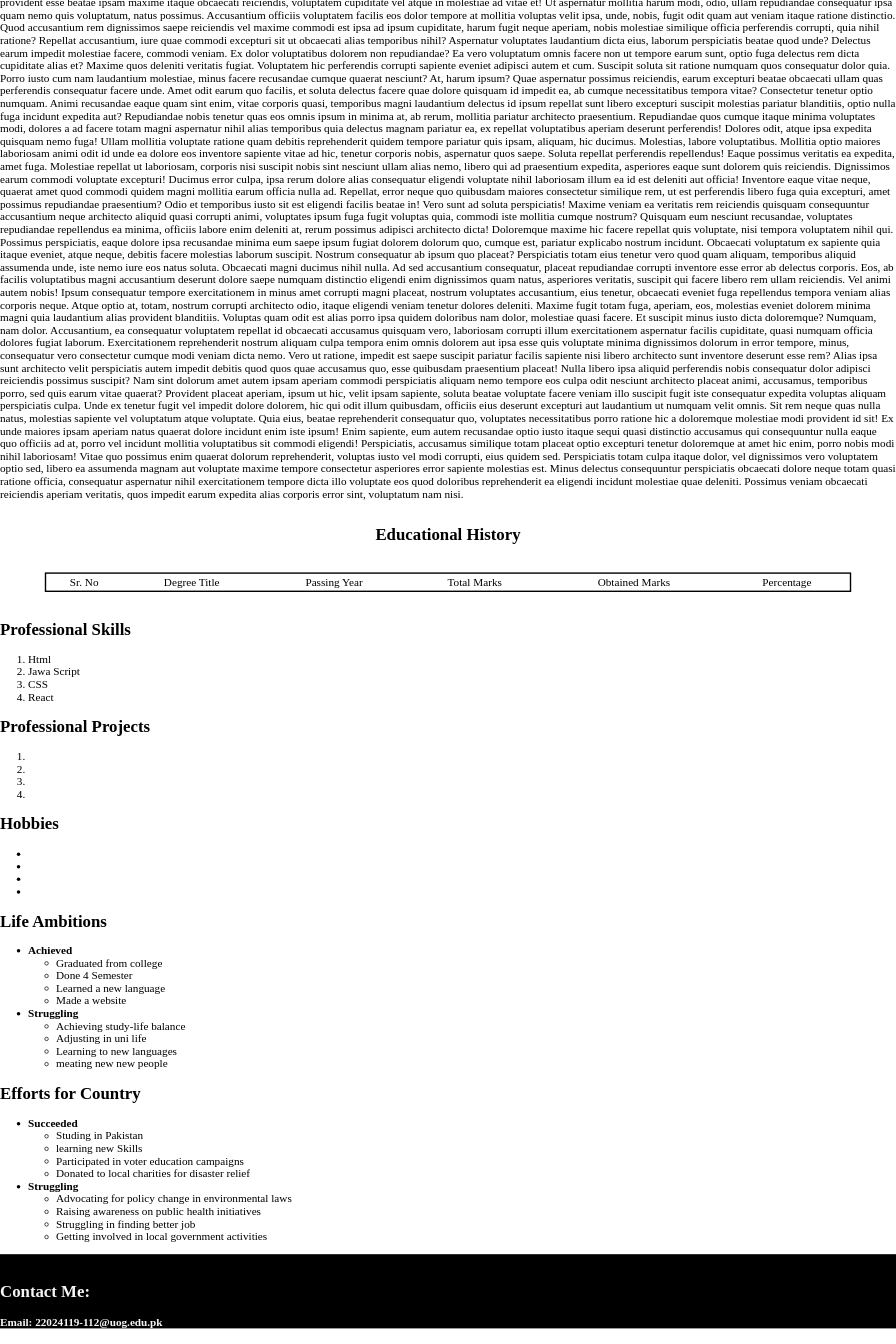
Repository: Fizza-112/project
Page: /
The author's editor kept a copy of each file at every save. The page is drawn from the files as they stood at one save, then again after the next save.
The browser window is 1280 px wide. The pictures show the part of the page from y = 3024 to 4944 px (the page is 4944 px tall before and 4908 px after), at 70% of full size.
The project was rebuilt for these pictures with package versions that can differ from the ones it lists, and the page was loaded fresh each time. Also part of the build but not shown: vite.config.ts.

Above is the page before, as saved 2024-09-16 09:27:28.

### src/App.css
body{
  margin: 0px;
  padding: 0px;
}
header{
  display: flex;
  align-items: center;
  justify-content: center;
  width: 100%;
  color:aliceblue;
  background-color:black
}
#name{
  background: linear-gradient(#eee, #333);  /* The gradient color */
  -webkit-background-clip: text;       /* Clip the background to the text */
  background-clip: text;              /* For non-WebKit browsers */
  color: transparent;



}
#image{
  width: 150px;
  margin-left: auto !important; /* This pushes the image to the right */
  border-radius: 50%;
  margin-top: 20px;

}
#nav{
  display: flex;
  align-items:center;
  justify-content: space-between;
  padding: 20px;
  background-color: #333;

}
a{
  color:whitesmoke;
  margin: 6px;

}
table{
  border: 2px solid black;
  justify-content:center;
  align-items:center;
  text-align: center;
 width: 90%;
  margin: 20px;


}
#EducationalHistory{
  width:100%;
  display:flex;
  flex-direction: column;
  justify-content: center;
  align-items:center;
}
#footer{
  background-color: black;
  color:whitesmoke;
  padding-top: 20px;
  p
}

Loaded but not shown: index.html (common file); src/main.tsx (common file); src/App.tsx (127 lines, source omitted); src/index.css (no stored copy; drawn as an empty file)

After the next save:
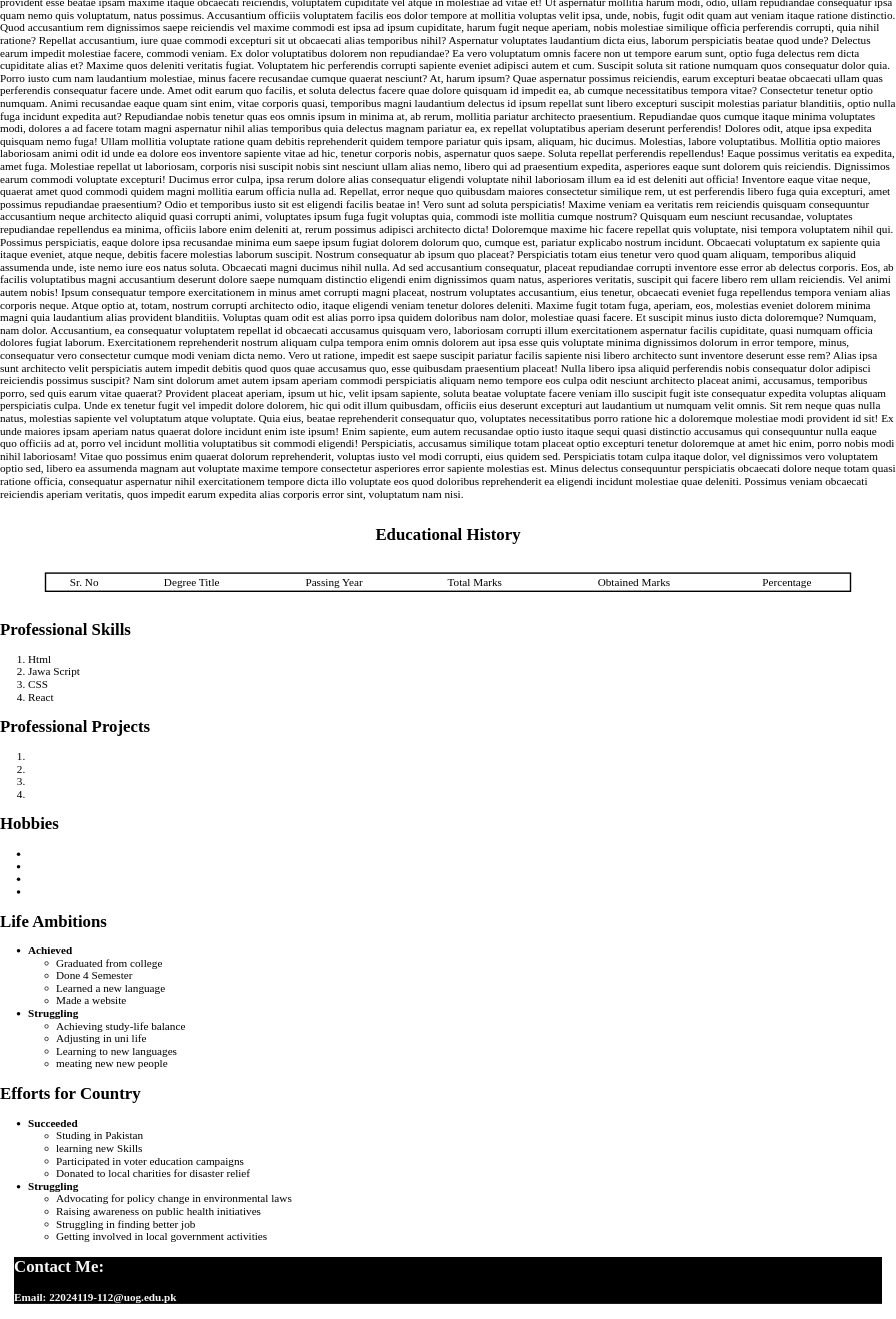
Saved 10 s later.
--- a/src/App.css
+++ b/src/App.css
@@ -59,6 +59,6 @@ table{
 #footer{
   background-color: black;
   color:whitesmoke;
-  padding-top: 20px;
+  margin: 20px;
   p
 }
